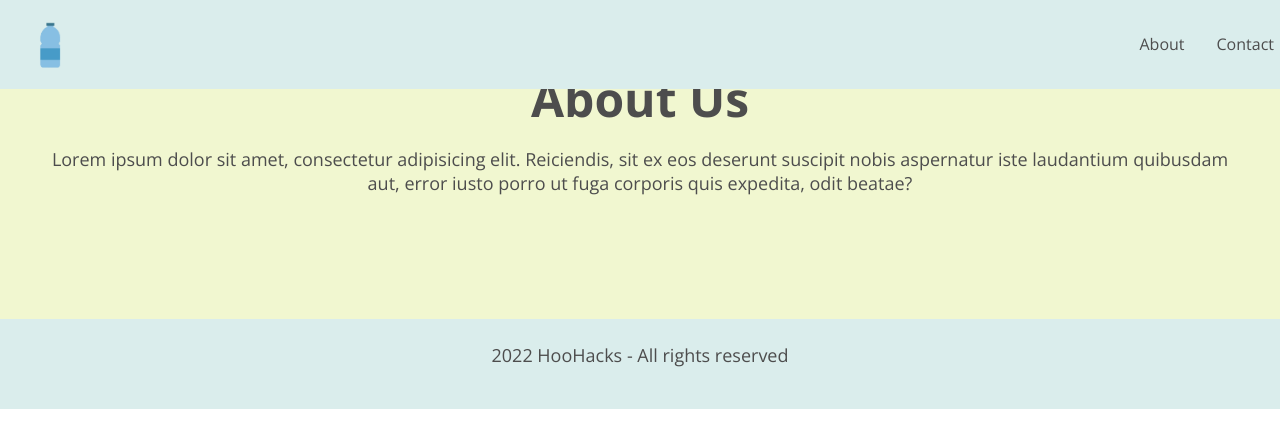
Repository: jennyjjung/H2ODaily
Page: contact.html
The author's editor kept a copy of each file at every save. The page is drawn from the files as they stood at one save, then again after the next save.
The browser window is 1280 px wide. The pictures show the whole page.
Some web fonts or font styles are not loaded; a fallback is used.

Above is the page before, as saved 2022-03-26 18:48:56.

After the next save:
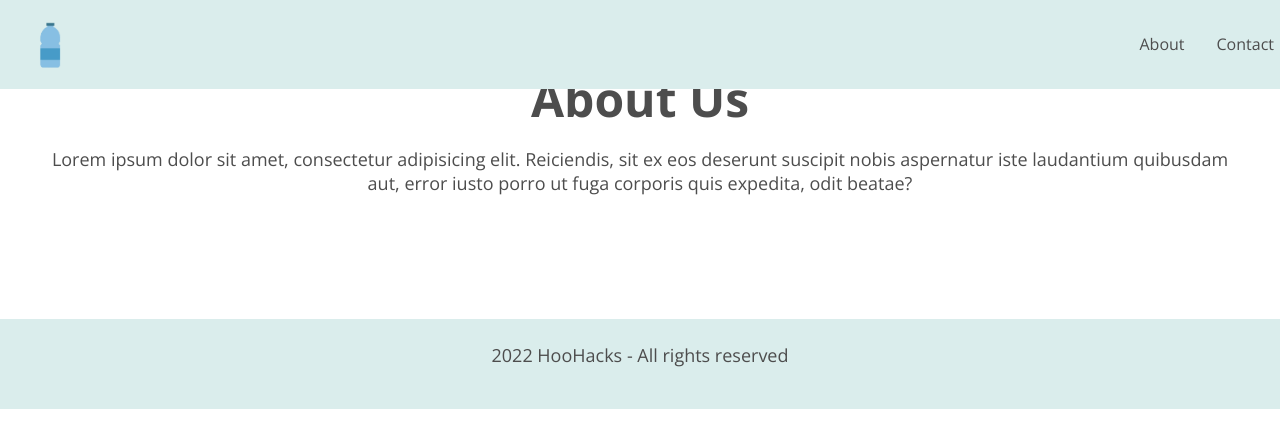
Saved 9 s later.
--- a/contact.html
+++ b/contact.html
@@ -22,7 +22,7 @@
     </div>
   </nav>
 
-  <section id="about">
+  <section id="contact">
     <h1>About Us</h1>
     <p>
       Lorem ipsum dolor sit amet, consectetur adipisicing elit. Reiciendis, sit ex eos deserunt suscipit nobis
